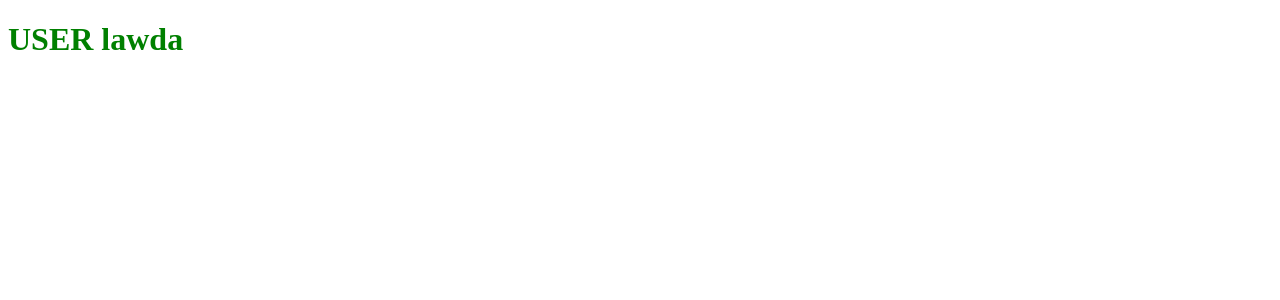
Repository: paras7974/project03practical
Page: http://localhost/proj003/Login.jsp
The author's editor kept a copy of each file at every save. The page is drawn from the files as they stood at one save, then again after the next save.
The browser window is 1280 px wide. The pictures show the whole page.
The page is served by Tomcat 9.

Above is the page before, as saved 2023-11-30 06:39:58.

After the next save:
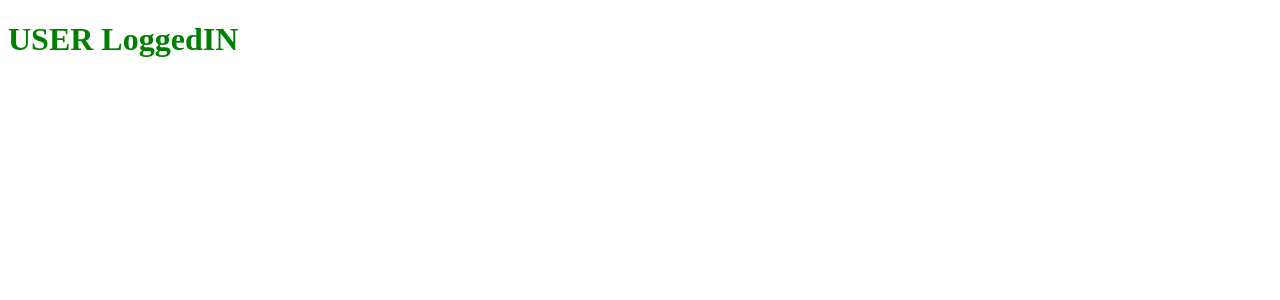
Saved 100 s later.
--- a/project3prac/proj003/src/main/webapp/Login.jsp
+++ b/project3prac/proj003/src/main/webapp/Login.jsp
@@ -7,6 +7,6 @@
 <title>Insert title here</title>
 </head>
 <body>
-  <h1><font color="green">USER lawda</font></h1>
+  <h1><font color="green">USER LoggedIN</font></h1>
 </body>
 </html>
